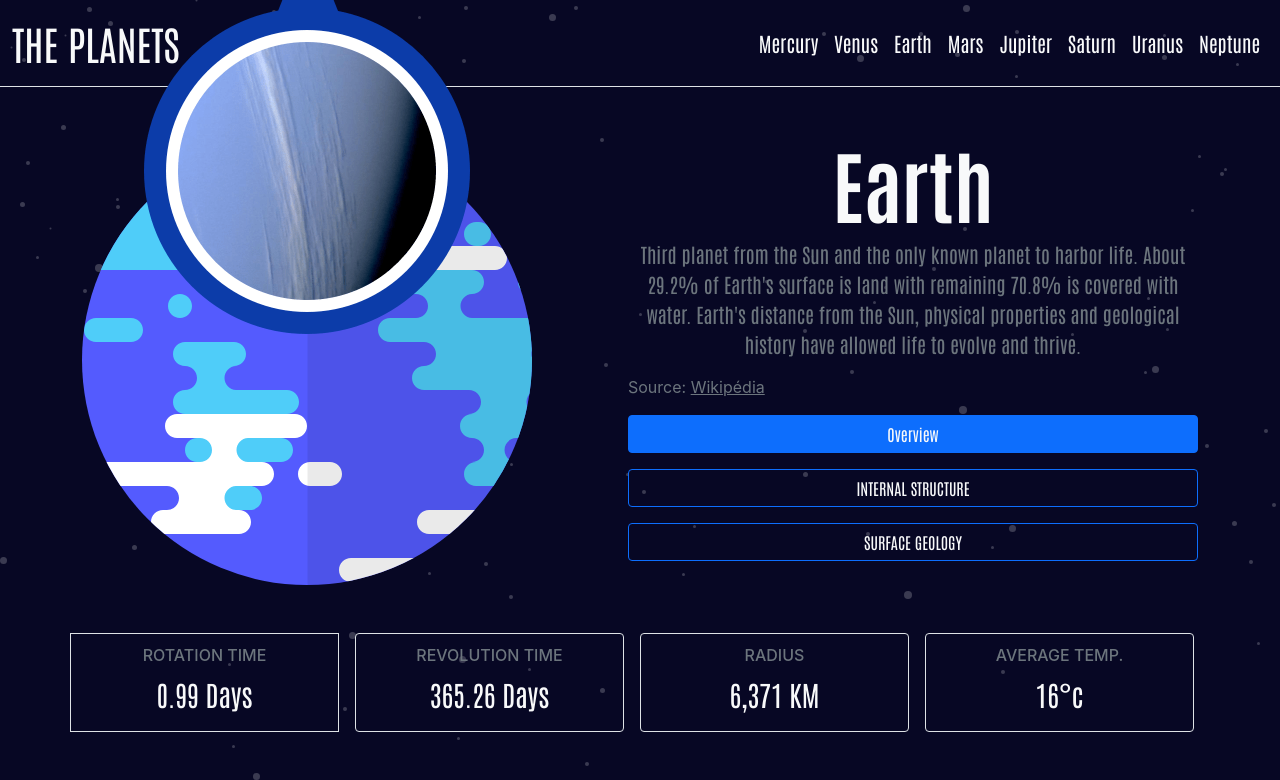
Repository: andre06x/the-planets
Page: /
An editor plug-in stored every save of this project. The page is shown before and after the next save, followed by the edit.
The browser window is 1280 px wide. The pictures show the whole page.
The project was rebuilt for these pictures with package versions that can differ from the ones it lists, and the page was loaded fresh each time.

Above is the page before, as saved 2021-10-19 16:50:21.

After the next save:
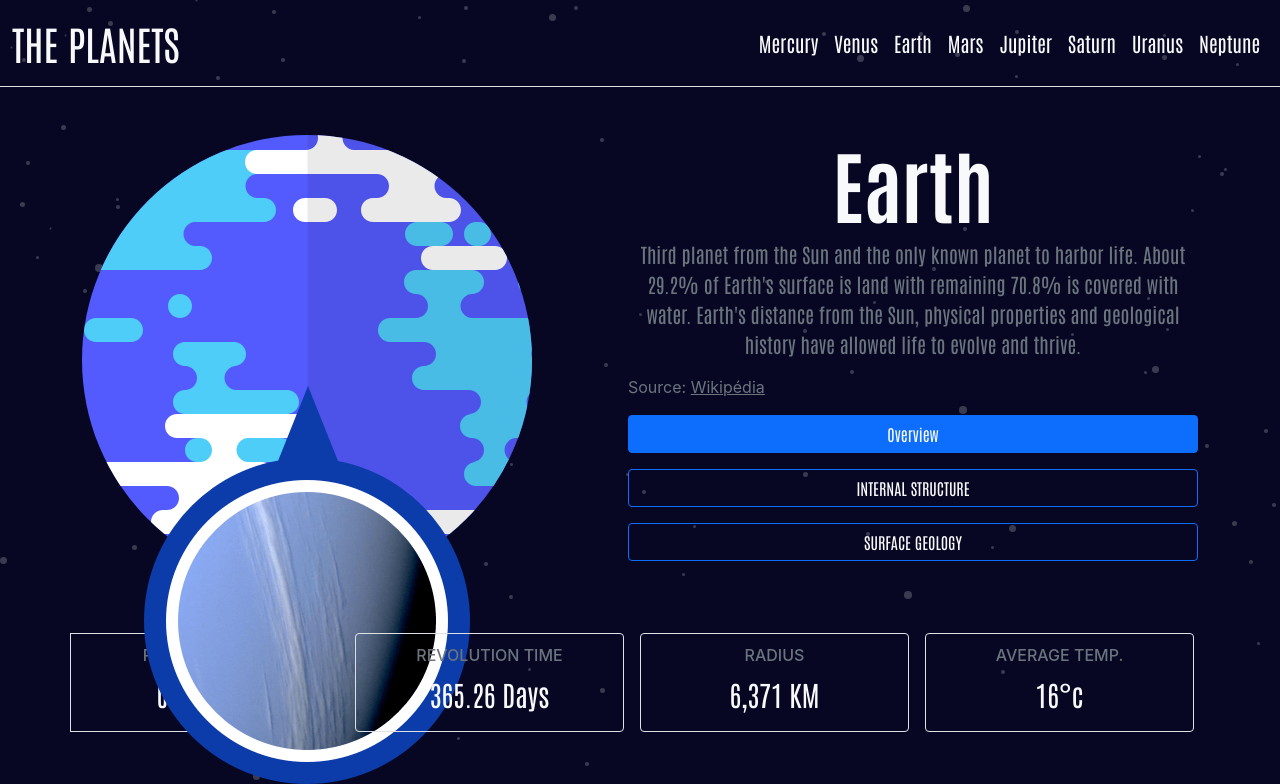
Saved 5 s later.
--- a/src/components/Container.js
+++ b/src/components/Container.js
@@ -54,7 +54,7 @@ const Container = () => {
         <div className="d-flex flex-md-row flex-column-reverse justify-content-between">
           <div className="me-md-5 d-flex justify-content-center position-relative">
             <img src={imagee} alt="" />
-            <img src="assets/geology-neptune.png" alt="" className="position-absolute top-70 start-50 translate-middle"/>
+            <img src="assets/geology-neptune.png" alt="" className="position-absolute top-100 start-50 translate-middle"/>
           </div>
           <div className="ms-md-5 d-flex flex-md-column flex-column-reverse">
             <h1 className="display-1 text-light font-antonio fw-bold text-center">
